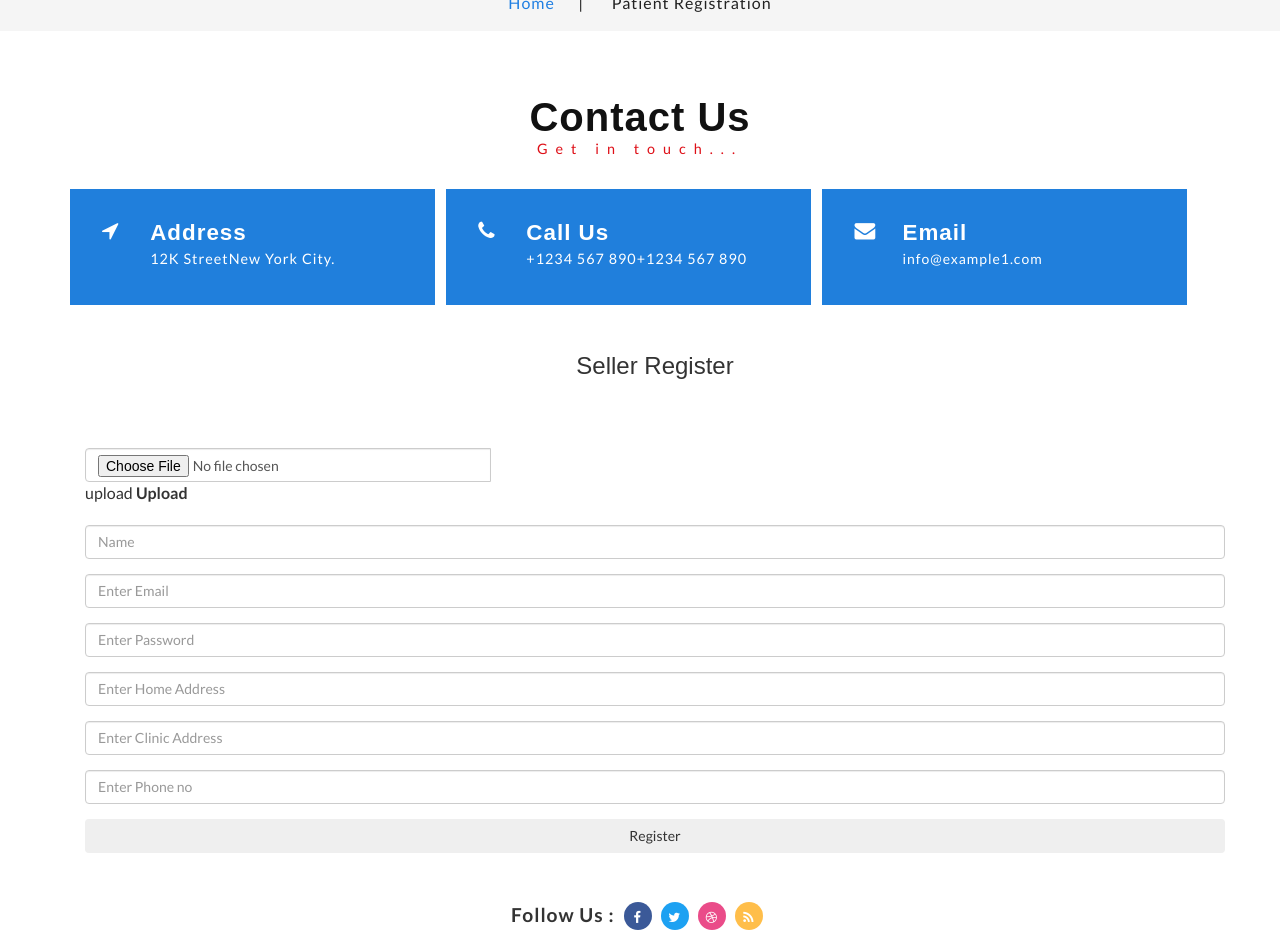
Repository: 72-faisal/work_to_do
Page: http://localhost/Khajina_Doctor/Doctor_Registration.jsp
The author's editor kept a copy of each file at every save. The page is drawn from the files as they stood at one save, then again after the next save.
The browser window is 1280 px wide. The pictures show the part of the page from y = 472 to 1424 px (the page is 2496 px tall).
Some web fonts or font styles are not loaded; a fallback is used. The page is served by Tomcat 9.

Above is the page before, as saved 2023-04-10 11:03:45.

After the next save:
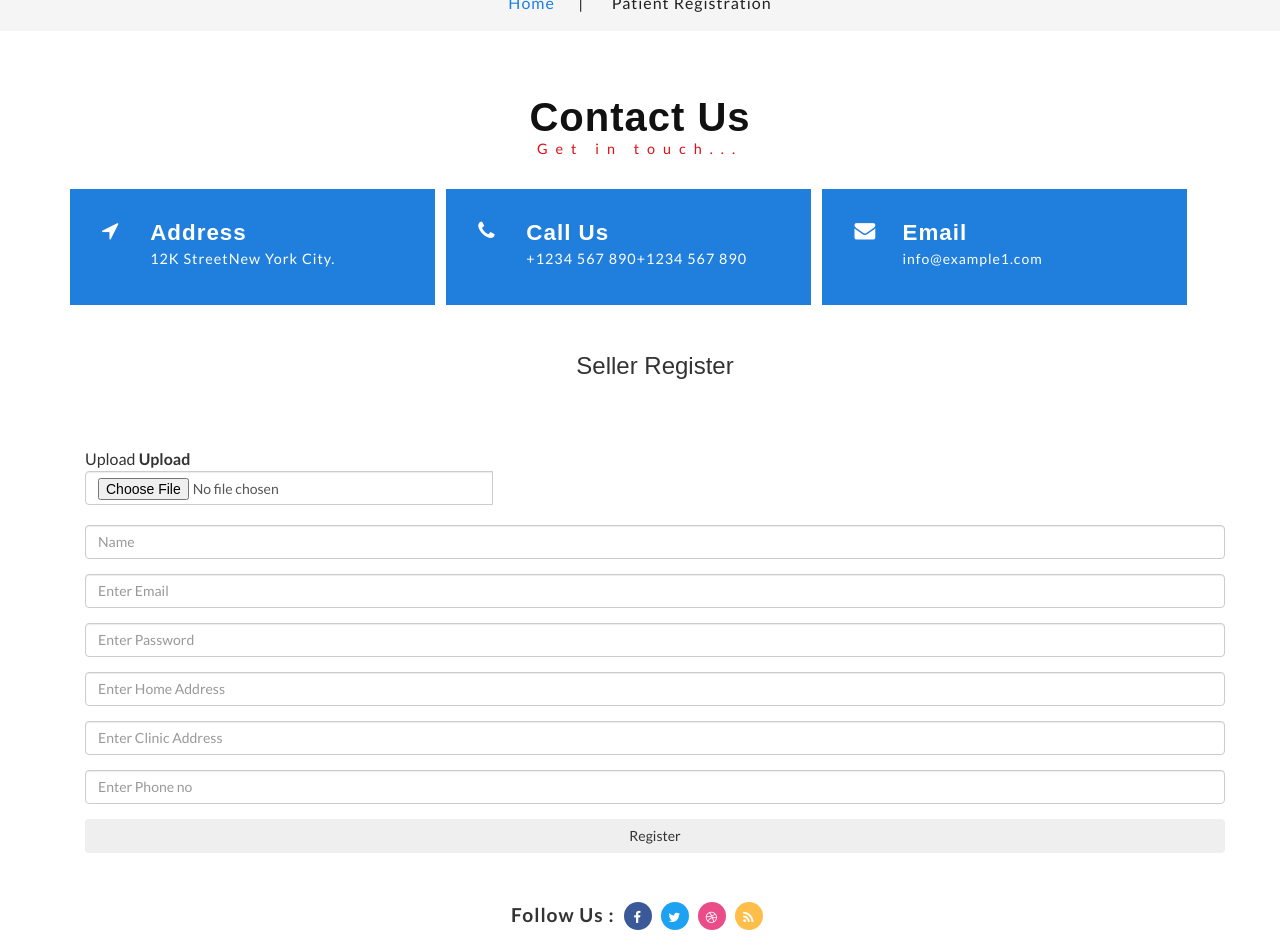
Saved 33 s later.
--- a/Khajina_Doctor/Khajina_Doctor/src/main/webapp/Doctor_Registration.jsp
+++ b/Khajina_Doctor/Khajina_Doctor/src/main/webapp/Doctor_Registration.jsp
@@ -163,7 +163,7 @@ Smartphone Compatible web template, free web designs for Nokia, Samsung, LG, Son
                      <br>
                      <br>
                      <div class="input-group mb-3">
-                        <input type="file" class="form-control" id="inputGroupFile02">upload
+                        Upload<input type="file" class="form-control" id="inputGroupFile02">
                            <label class="input-group-text" for="inputGroupFile02">Upload</label>
                      </div>
                         <input type="text" class="form-control" placeholder="Name" name="dname">
